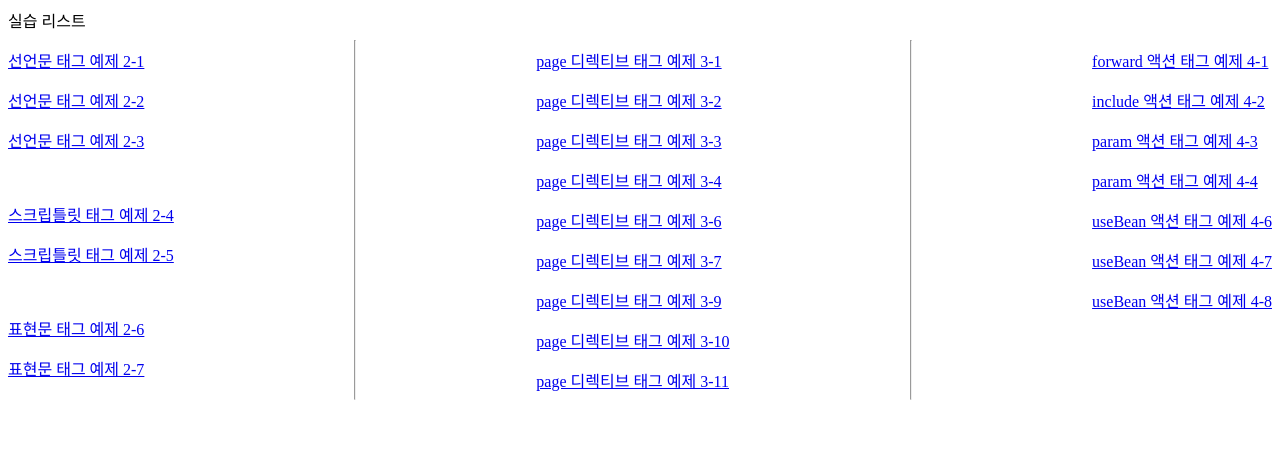
Repository: man332414/myJspStudy
Page: http://localhost/jspbook/
An editor plug-in stored every save of this project. The page is shown before and after the next save, followed by the edit.
The browser window is 1280 px wide. The pictures show the whole page.
The page is served by Tomcat 10. Nobody is signed in. The application's start-up code is not run. Other server files are loaded and not shown.

Above is the page before, as saved 2024-10-10 05:07:31.

### jspbook/src/main/webapp/index.jsp
<%@ page language="java" contentType="text/html; charset=UTF-8"
    pageEncoding="UTF-8"%>
<!DOCTYPE html>
<html>
<head>
<meta charset="UTF-8">
<title>어서와 집이야</title>
</head>
<body>
	실습 리스트
	<div style = "display : flex; justify-content : left;">
		<div>
			<p><a href = "2_1"> 선언문 태그 예제 2-1</a></p>
			<p><a href = "2_2"> 선언문 태그 예제 2-2</a></p>
			<p><a href = "2_3"> 선언문 태그 예제 2-3</a></p>
			<br>
			<p><a href = "2_4"> 스크립틀릿 태그 예제 2-4</a></p>
			<p><a href = "2_5"> 스크립틀릿 태그 예제 2-5</a></p>
			<br>
			<p><a href = "2_6"> 표현문 태그 예제 2-6</a></p>
			<p><a href = "2_7"> 표현문 태그 예제 2-7</a></p>
		</div>
		<hr>
		<div>
			<p><a href = "3_1"> page 디렉티브 태그 예제 3-1</a></p>
			<p><a href = "3_2"> page 디렉티브 태그 예제 3-2</a></p>
			<p><a href = "3_3"> page 디렉티브 태그 예제 3-3</a></p>
			<p><a href = "3_4"> page 디렉티브 태그 예제 3-4</a></p>
			<p><a href = "3_6"> page 디렉티브 태그 예제 3-6</a></p>
			<p><a href = "3_7"> page 디렉티브 태그 예제 3-7</a></p>
			<p><a href = "3_9"> page 디렉티브 태그 예제 3-9</a></p>
			<p><a href = "3_10"> page 디렉티브 태그 예제 3-10</a></p>
			<p><a href = "3_11"> page 디렉티브 태그 예제 3-11</a></p>
		</div>
		<hr>
		<div>
			<p><a href = "4_1"> forward 액션 태그 예제 4-1</a></p>
			<p><a href = "4_2"> include 액션 태그 예제 4-2</a></p>
			<p><a href = "4_3"> param 액션 태그 예제 4-3</a>
			<p><a href = "4_4"> param 액션 태그 예제 4-4</a>
			<p><a href = "4_6"> useBean 액션 태그 예제 4-6</a></p>
			<p><a href = "4_7"> useBean 액션 태그 예제 4-7</a></p>
			<p><a href = "4_8"> useBean 액션 태그 예제 4-8</a></p>
		</div>
	</div>

</body>
</html>

After the next save:
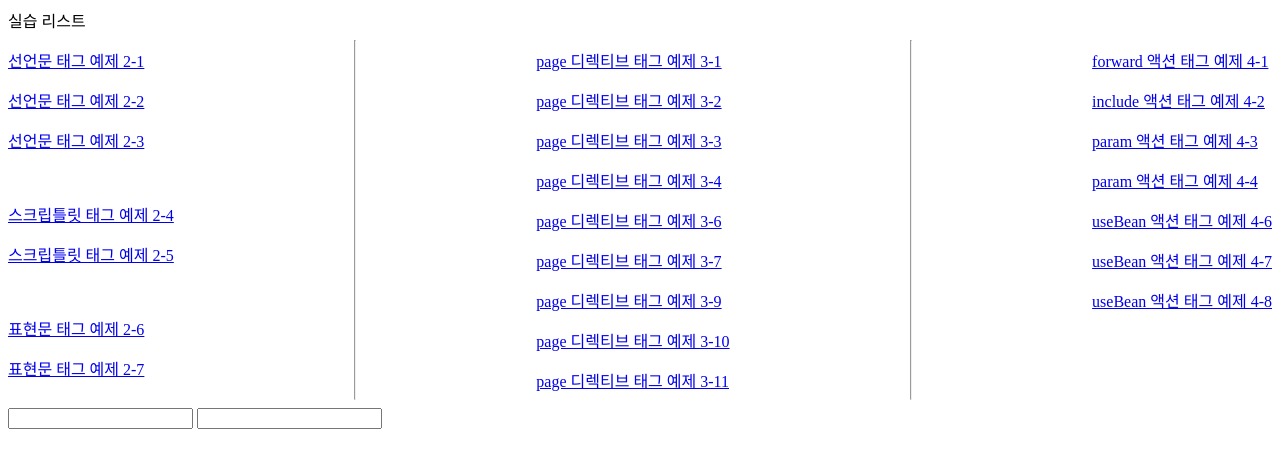
Saved 71 min 25 s later.
--- a/jspbook/src/main/webapp/index.jsp
+++ b/jspbook/src/main/webapp/index.jsp
@@ -43,6 +43,10 @@
 			<p><a href = "4_8"> useBean 액션 태그 예제 4-8</a></p>
 		</div>
 	</div>
+	<form action = "4_0" method = "get">
+		<input type = "text" name = "id" />
+		<input type = "text" name = "name" />
+	</form>
 
 </body>
 </html>
